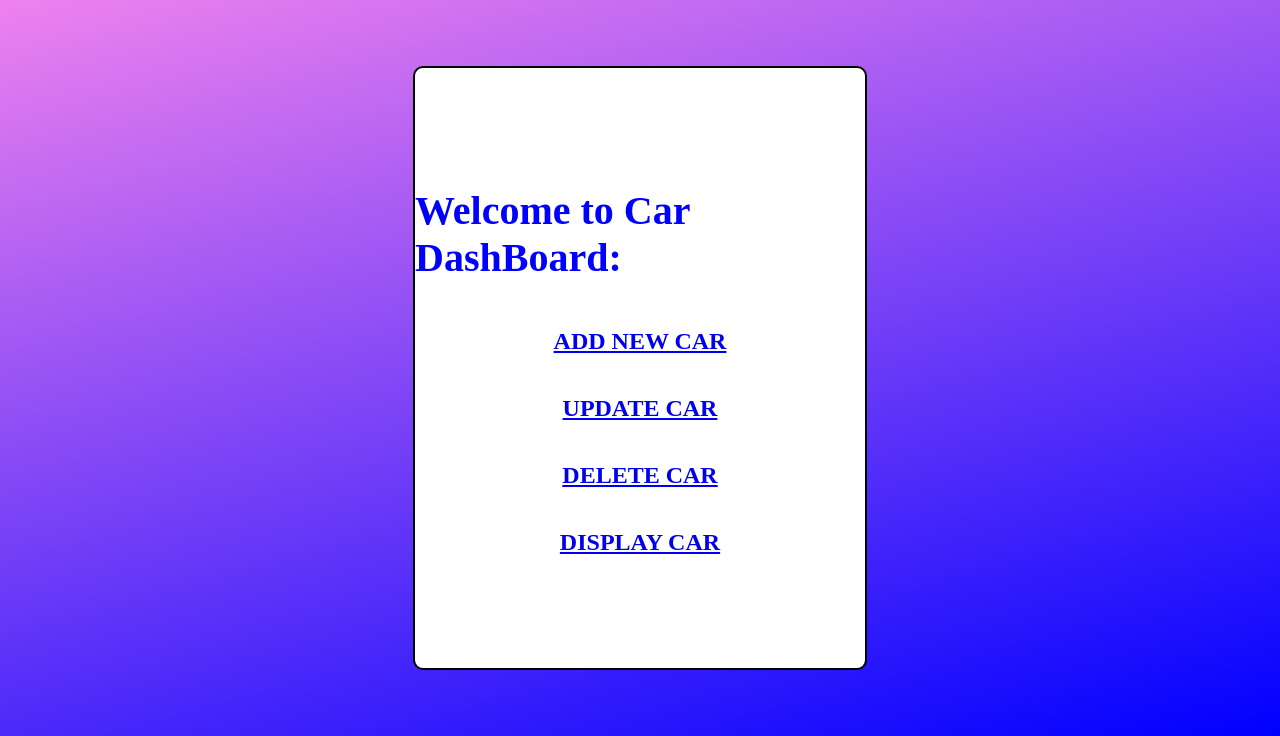
Repository: Dhirajkumar02/Advance-Java--J2EE-
Page: ServletProjecct_CarDB/src/main/webapp/index.html
These files come from the project's save history. The page is drawn as it stood at one moment and after the next save; the edit follows.
The browser window is 1280 px wide. The pictures show the whole page.

Above is the page before, as saved 2024-11-14 15:06:34.

### ServletProjecct_CarDB/src/main/webapp/index.html
<!DOCTYPE html>
<html>
<head>
<meta charset="UTF-8">
<title>Insert title here</title>
<style>
body{
height: 100vh;
display: flex;
justify-content: center;
align-items: center;
background: linear-gradient(165deg, violet, blue);
}
div{
height: 600px;
width: 450px;
background: white;
border: 2px solid black;
display: flex;
justify-content: center;
align-items: center;
flex-direction: column;
border-radius: 10px;
}

h1{
font-size: 40px;
color: blue;
}

</style>
</head>
<body>
<div>
<h1>Welcome to Car DashBoard:</h1>
<h2>
<a href="AddCar.html">ADD NEW CAR</a>
</h2>

<h2>
<a href="UpdateCar.html">UPDATE CAR</a>
</h2>

<h2>
<a href="DeleteCar.html">DELETE CAR</a>
</h2>

<h2>
<a href="DisplayCar.html">DISPLAY CAR</a>
</h2>
</div>
</body>
</html>

After the next save:
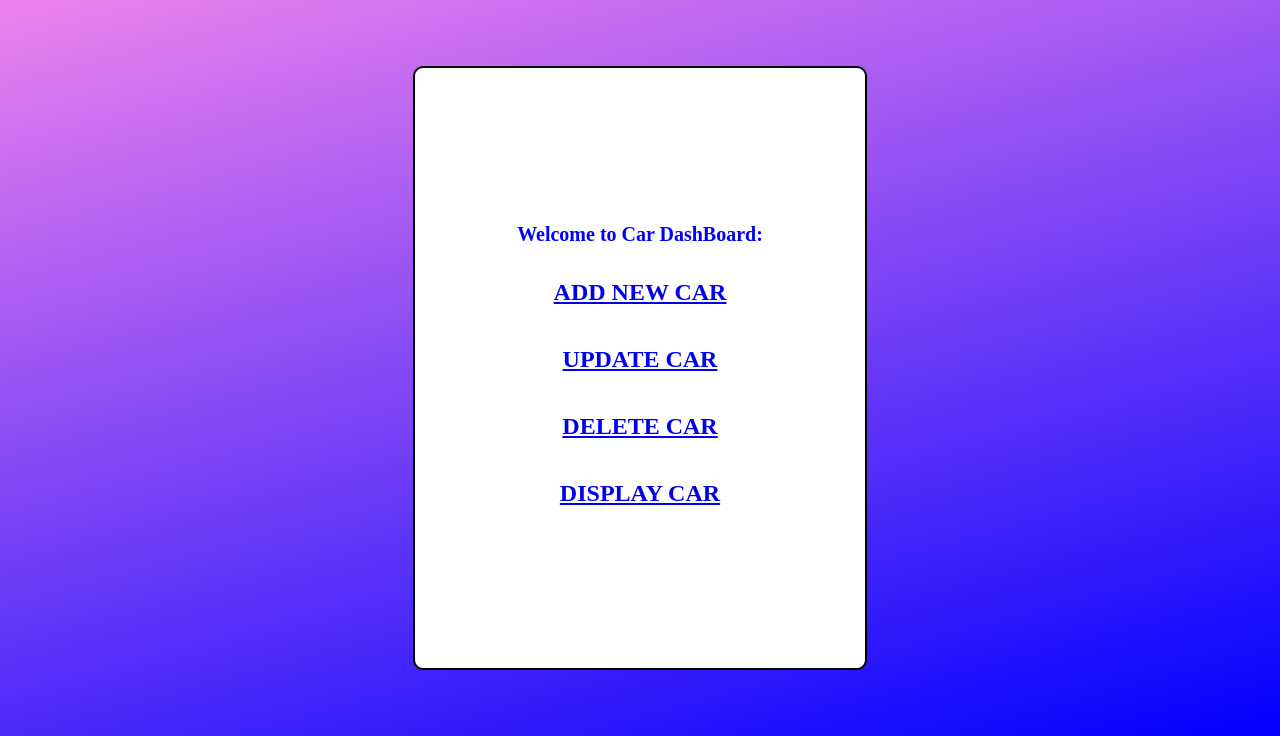
Saved 18 s later.
--- a/ServletProjecct_CarDB/src/main/webapp/index.html
+++ b/ServletProjecct_CarDB/src/main/webapp/index.html
@@ -24,7 +24,7 @@ border-radius: 10px;
 }
 
 h1{
-font-size: 40px;
+font-size: 20px;
 color: blue;
 }
 
